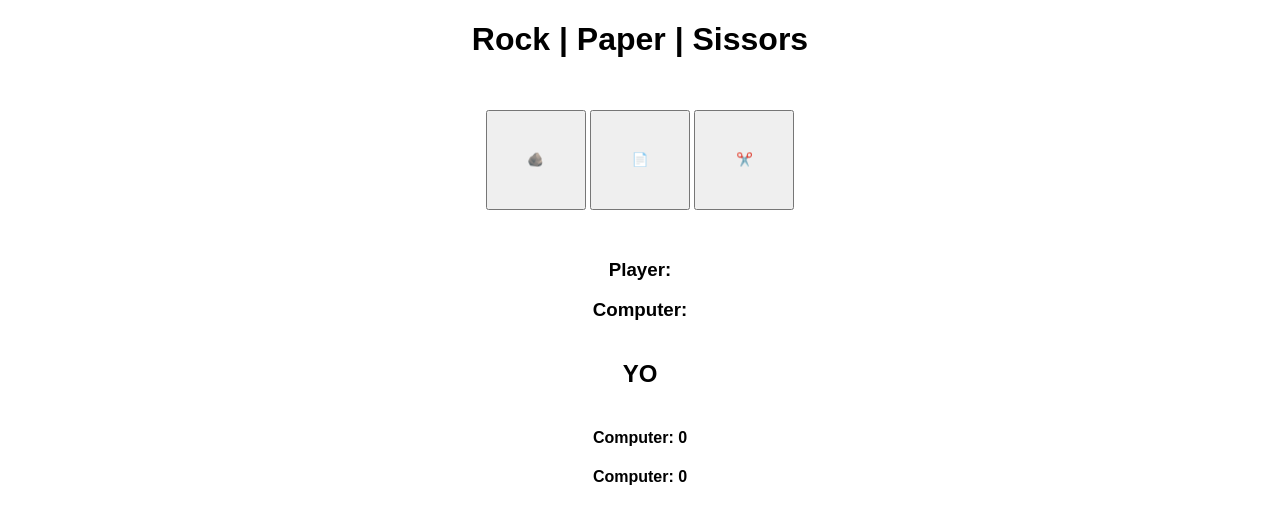
Repository: SakthivelDurai47/Rock-Paper-Sissors
Page: index.html
The author's editor kept a copy of each file at every save. The page is drawn from the files as they stood at one save, then again after the next save.
The browser window is 1280 px wide. The pictures show the whole page.

Above is the page before, as saved 2025-04-14 22:10:02.

### index.html
<!DOCTYPE html>
<html lang="en">
  <head>
    <meta charset="UTF-8" />
    <meta name="viewport" content="width=device-width, initial-scale=1.0" />
    <title>Rock, Paper, Scissor</title>
    <meta name="aurthor" content="Sakthivel Durai S" />
    <link rel="stylesheet" href="styles.css" />
  </head>
  <body>
    <h1>Rock | Paper | Sissors</h1>
    <div id="choice">
      <button onclick="playGame('Rock')">🪨</button>
      <button onclick="playGame('Paper')">📄</button>
      <button onclick="playGame('Scissor')">✂️</button>
    </div>
    <div id="info">
      <h3>Player:</h3>
      <h3>Computer:</h3>
    </div>
    <h2 id="result">YO</h2>
    <div id="scores">
      <h4>Computer: <span id="scorePlr">0</span></h4>
      <h4>Computer: <span id="scoreCum">0</span></h4>
    </div>
    <script src="index.js"></script>
  </body>
</html>

### styles.css
body {
  margin: 0;
  font-family: Arial, sans-serif;
  display: flex;
  flex-direction: column;
  align-items: center;
  text-align: center;
}
#choice {
  margin: 30px;
}
button {
  width: 100px;
  height: 100px;
}

Loaded but not shown: index.js (no copy from this time; the picture is the same without it)

After the next save:
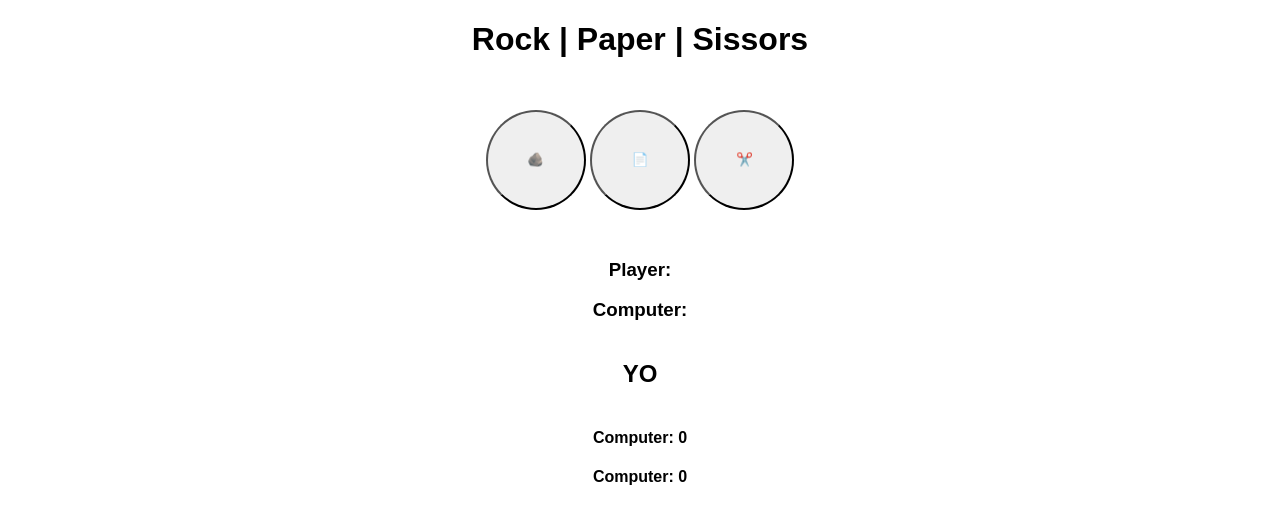
Saved 8 s later.
--- a/styles.css
+++ b/styles.css
@@ -12,4 +12,5 @@ body {
 button {
   width: 100px;
   height: 100px;
+  border-radius: 300px;
 }
